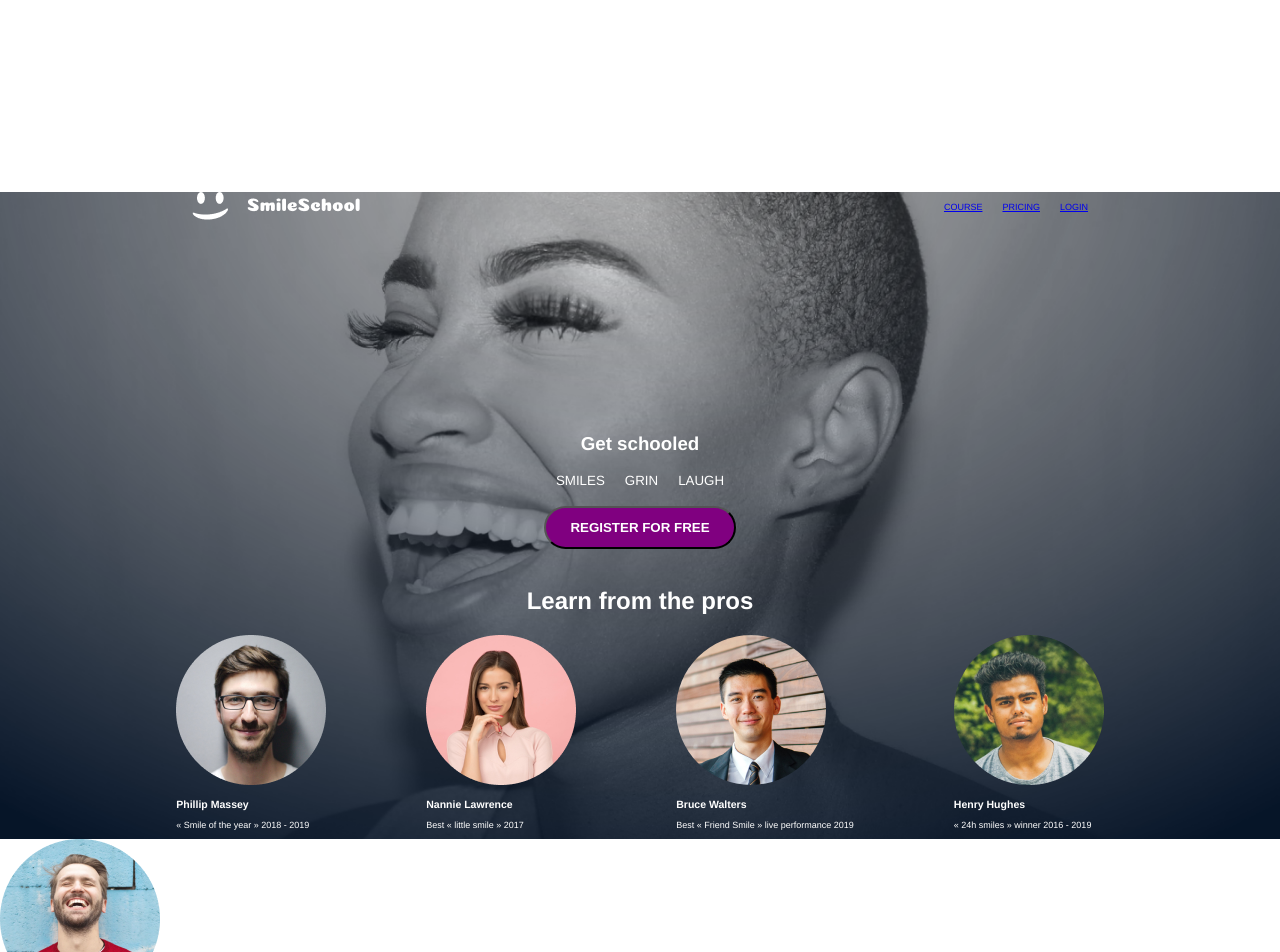
Repository: mwihakiann/alx_html_css
Page: css_advanced/index.html
An editor plug-in stored every save of this project. The page is shown before and after the next save, followed by the edit.
The browser window is 1280 px wide. The pictures show the part of the page from y = 0 to 952 px (the page is 3692 px tall before and 3670 px after).
A picture or video elsewhere on the page could not be fetched, so the positions and the page height are approximate. Some web libraries are served in a nearby version.

Above is the page before, as saved 2025-09-28 18:43:36.

After the next save:
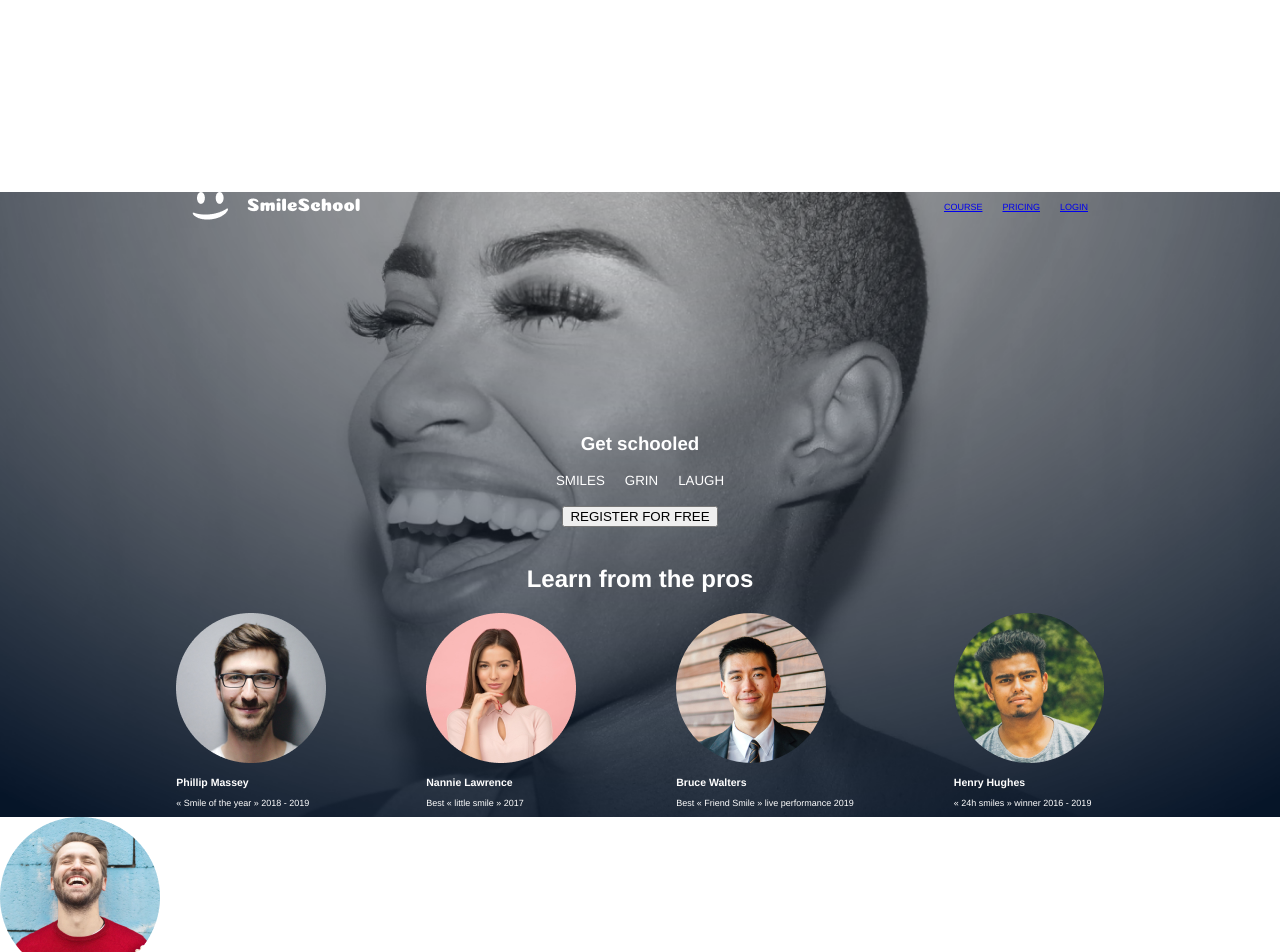
Saved 33 s later.
--- a/css_advanced/styles.css
+++ b/css_advanced/styles.css
@@ -33,8 +33,7 @@
 .school{
     font-weight: 700;
 }
-h1{
-    font-size: 40;
+
 }
 .register{
     background-color: purple;

After the 2 saves that followed:
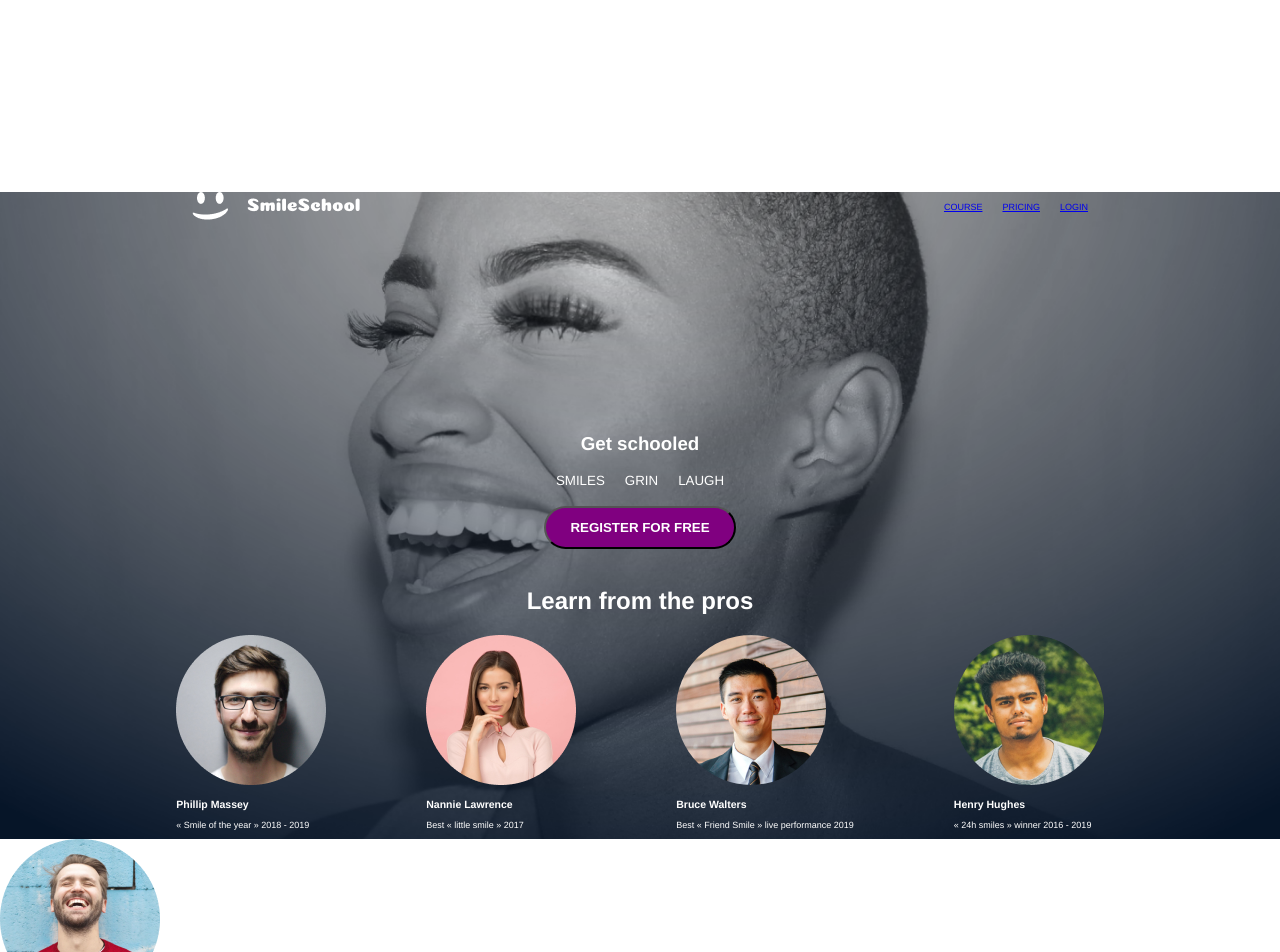
The 2 saves are shown as one change because they came seconds apart.
The last was saved 6 s later.
--- a/css_advanced/styles.css
+++ b/css_advanced/styles.css
@@ -32,8 +32,6 @@
 }
 .school{
     font-weight: 700;
-}
-
 }
 .register{
     background-color: purple;
